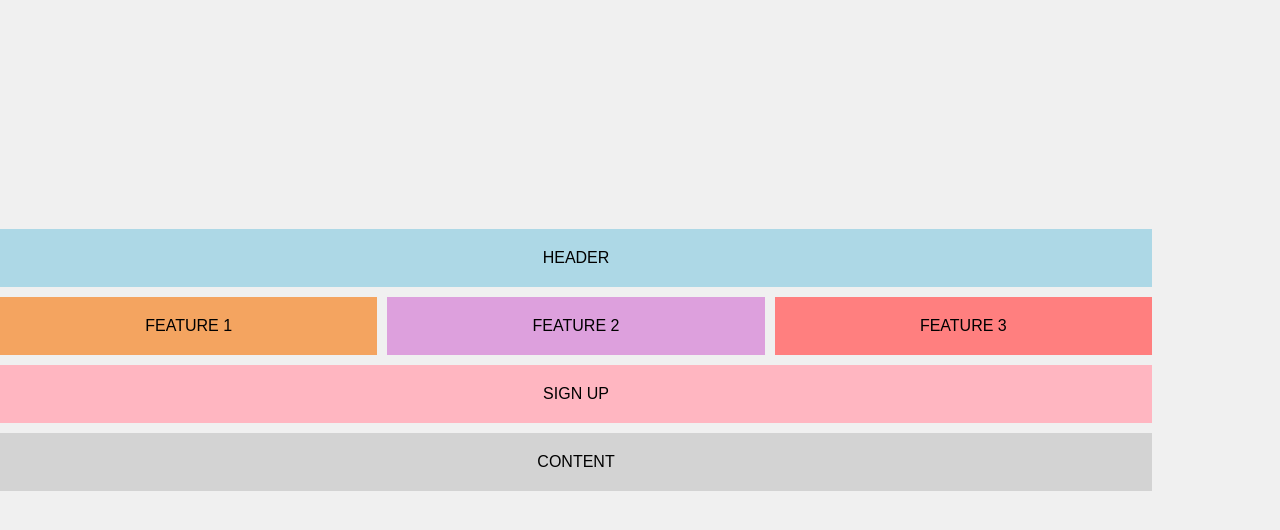
Repository: viveknaidu007/repo-152-FSD-InnomaticsTasksSep2024
Page: task_3/index.html
An editor plug-in stored every save of this project. The page is shown before and after the next save, followed by the edit.
The browser window is 1280 px wide. The pictures show the whole page.

Above is the page before, as saved 2024-10-02 11:25:41.

After the next save:
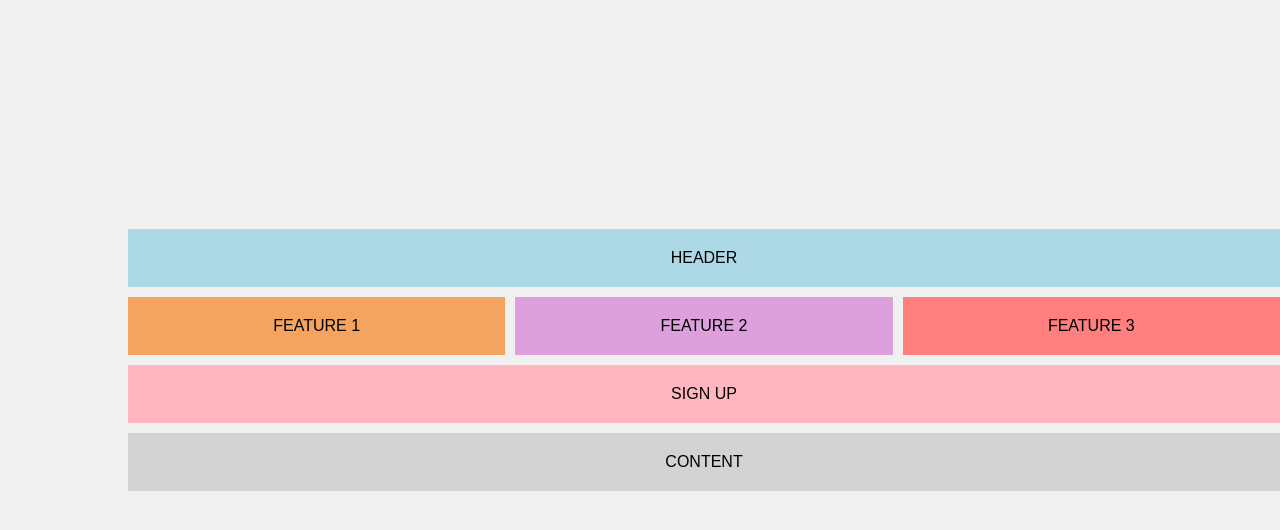
Saved 12 s later.
--- a/task_3/styles.css
+++ b/task_3/styles.css
@@ -7,7 +7,7 @@
   body {
     font-family: Arial, sans-serif;
     display: flex;
-    justify-content: flex-start;
+    justify-content: end;
     align-items: center;
     height: 100vh;
     background-color: #f0f0f0;
